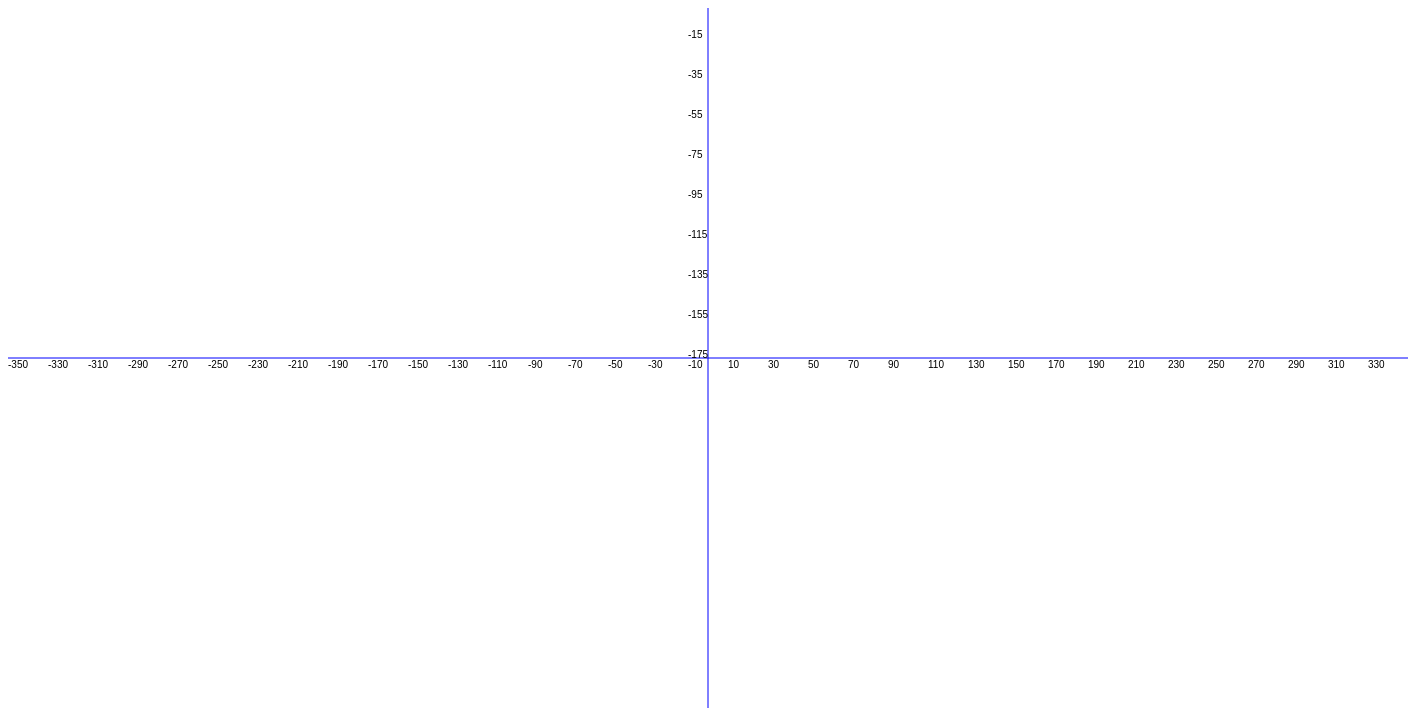
Repository: tclintaichung/book
Page: ex16/ex16_01/frame.html
These files come from the project's save history. The page is drawn as it stood at one moment and after the next save; the edit follows.
The browser window is 1280 px wide. The page is 1408 px wide, so the pictures cover 1408 px, including what lies to the right of the window. The pictures show the whole page.

Above is the page before, as saved 2025-09-27 16:02:33.

### ex16/ex16_01/frame.html
<!DOCTYPE html>
<html lang="en">
<head>
    <meta charset="UTF-8">
    <meta name="viewport" content="width=device-width, initial-scale=1.0">
    <title>Parabola curves</title>
</head>
<body>
    <canvas id="myCanvas" width="300px" height="300px"></canvas>
    <script>
        const a = 3;
        const b = -6;
        const c = 4;
        const colors = ["#FF0000", "#00FF00", "#0000FF", "#FFFF00", "#FFA500", "#FFFFFF"];
        const myCanvas = document.getElementById("myCanvas");
        const ctx = myCanvas.getContext("2d");
        myCanvas.width = 1400;
        myCanvas.height = 700
        const point_x = [];
        const point_y1 = [];
        const point_y2 = [];
        const scale = 2.;

        frame(0, myCanvas.width, 0, myCanvas.height, scale);

        function frame(x_min, x_max, y_min, y_max, scale) {
            const center_x = (x_min + x_max) / 2;
            const center_y = (y_min + y_max) / 2;
            const step = 20 * scale;
            ctx.beginPath();
            ctx.moveTo(x_min, center_y);
            ctx.lineTo(x_max, center_y);
            ctx.moveTo(center_x, y_min);
            ctx.lineTo(center_x, y_max);
            ctx.strokeStyle = colors[2];
            ctx.lineWidth = 1;
            ctx.stroke();
            let label_i = 0;
            for (let i = x_min; i <= x_max; i += step) {
                label_i = (i - center_x) / scale;
                ctx.fillText(String(label_i), i, center_y + 10);
            }
            for (let i = y_min; i <= y_max; i += step) {
                label_i = (i - center_y) / scale;
                ctx.fillText(String(label_i), center_x - 20, center_y-i);
            }
        }
   </script>
</body>
</html>

After the next save:
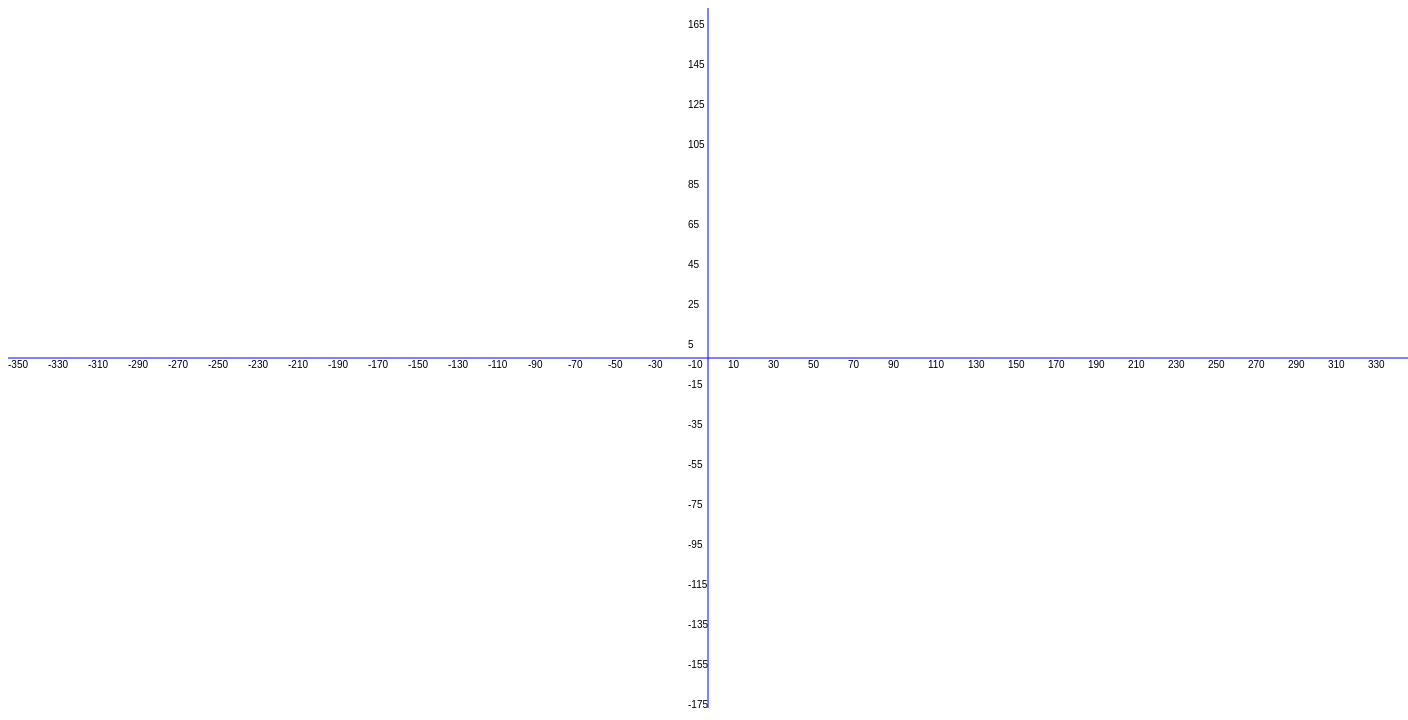
Saved 24 s later.
--- a/ex16/ex16_01/frame.html
+++ b/ex16/ex16_01/frame.html
@@ -42,7 +42,7 @@
             }
             for (let i = y_min; i <= y_max; i += step) {
                 label_i = (i - center_y) / scale;
-                ctx.fillText(String(label_i), center_x - 20, center_y-i);
+                ctx.fillText(String(label_i), center_x - 20, y_max-i);
             }
         }
    </script>
